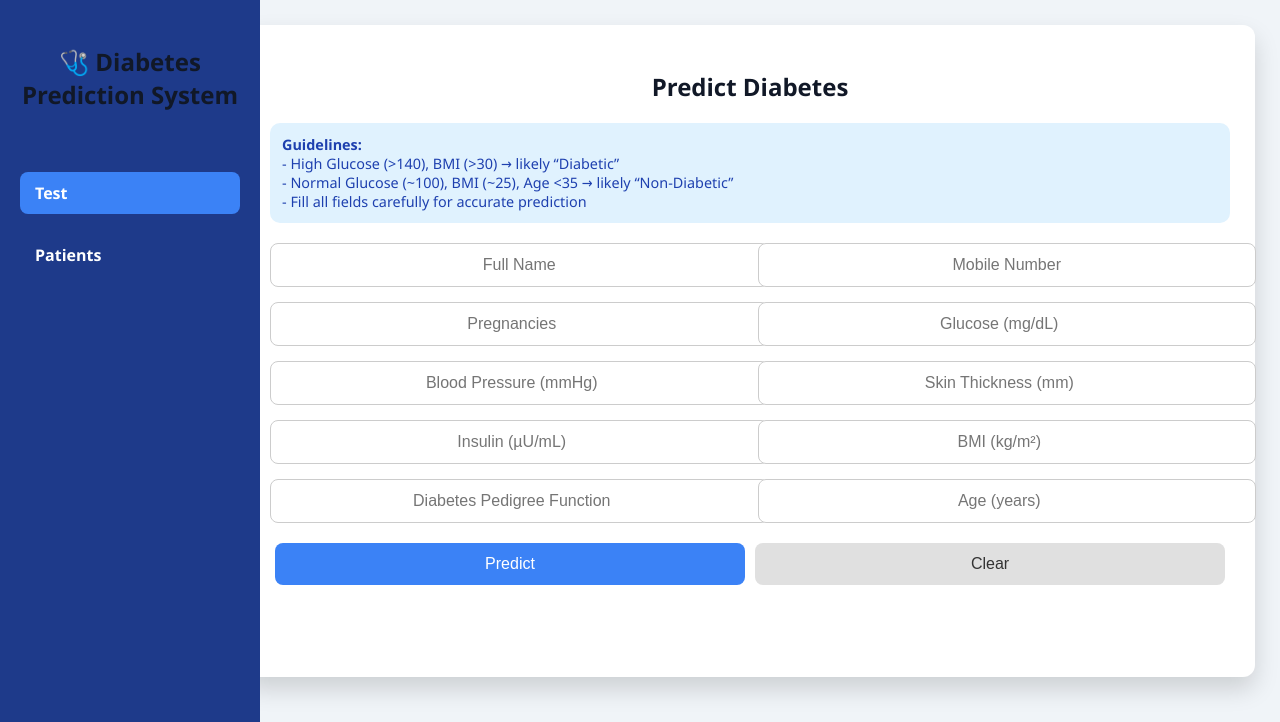
Repository: Aman14150/diabetes-prediction-system
Page: http://localhost/
An editor plug-in stored every save of this project. The page is shown before and after the next save, followed by the edit.
The browser window is 1280 px wide. The pictures show the whole page.
The page is served by the project's application, run on Flask 3 (app.py).

Above is the page before, as saved 2025-10-07 19:55:44.

### templates/index.html
<!DOCTYPE html>
<html lang="en">
<head>
    <meta charset="UTF-8">
    <title>Diabetes Prediction</title>
    <link rel="stylesheet" href="{{ url_for('static', filename='style.css') }}">
</head>
<body>
<div class="container">
    <aside class="sidebar">
        <h2>🩺 Diabetes Prediction System</h2>
        <ul>
            <li><a href="/" class="{% if not show_patients %}active{% endif %}">Test</a></li>
            <li><a href="/patients" class="{% if show_patients %}active{% endif %}">Patients</a></li>
        </ul>
    </aside>

    <main class="content">
        {% if not show_patients %}
        <!-- Test Form -->
        <div class="card">
            <h2>Predict Diabetes</h2>
            <div class="guidelines">
                <strong>Guidelines:</strong><br>
                - High Glucose (>140), BMI (>30) → likely “Diabetic”<br>
                - Normal Glucose (~100), BMI (~25), Age <35 → likely “Non-Diabetic”<br>
                - Fill all fields carefully for accurate prediction
            </div>

            <form id="diabetesForm" action="/predict" method="post">
                <input type="text" name="name" placeholder="Full Name" required>
                <input type="tel" name="mobile" placeholder="Mobile Number" required>
                <input type="number" name="Pregnancies" placeholder="Pregnancies" step="any" required>
                <input type="number" name="Glucose" placeholder="Glucose (mg/dL)" step="any" required>
                <input type="number" name="BloodPressure" placeholder="Blood Pressure (mmHg)" step="any" required>
                <input type="number" name="SkinThickness" placeholder="Skin Thickness (mm)" step="any" required>
                <input type="number" name="Insulin" placeholder="Insulin (µU/mL)" step="any" required>
                <input type="number" name="BMI" placeholder="BMI (kg/m²)" step="any" required>
                <input type="number" name="DiabetesPedigreeFunction" placeholder="Diabetes Pedigree Function" step="any" required>
                <input type="number" name="Age" placeholder="Age (years)" step="any" required>

                <div class="button-group">
                    <button type="submit" id="predictBtn">Predict</button>
                    <button type="button" id="clearBtn">Clear</button>
                </div>

                {% if prediction_text %}
                <div class="prediction">{{ prediction_text }}</div>
                {% else %}
                <div class="prediction">&nbsp;</div>
                {% endif %}
            </form>
        </div>
        {% else %}
        <!-- Patients Table -->
        <div class="card">
            <h2>Patients List</h2>
            <table>
                <thead>
                <tr>
                    {% for col in patient_columns %}
                        <th>{{ col|capitalize }}</th>
                    {% endfor %}
                    <th>Action</th>
                </tr>
                </thead>
                <tbody>
                {% for row in patient_data %}
                    <tr>
                        {% for item in row %}
                            <td>{{ item }}</td>
                        {% endfor %}
                        <td>
                            <form action="{{ url_for('delete_patient', patient_id=row[0]) }}" method="post">
                                <button type="submit" class="delete-btn">Delete</button>
                            </form>
                        </td>
                    </tr>
                {% endfor %}
                </tbody>
            </table>
        </div>
        {% endif %}
    </main>
</div>

<script>
    document.getElementById('clearBtn')?.addEventListener('click', function () {
        document.getElementById('diabetesForm')?.reset();
    });
</script>
</body>
</html>

### app.py
from flask import Flask, render_template, request, redirect, url_for
import joblib
import pandas as pd
import mysql.connector

app = Flask(__name__)

# MySQL Connection
db = mysql.connector.connect(
    host="127.0.0.1",
    port=3307,
    user="amanR",
    password="Mysql@150",
    database="diabetes_db"
)
cursor = db.cursor()
print("Database Connected successfully ✅")

# Load model & scaler
model = joblib.load("diabetes_model.pkl")
scaler = joblib.load("scaler.pkl")

@app.route('/')
def home():
    return render_template('index.html', prediction_text=None, show_patients=False)

@app.route('/predict', methods=['POST'])
def predict():
    try:
        # Personal info
        name = request.form['name']
        mobile = request.form['mobile']

        # Health data
        data = [float(request.form[key]) for key in [
            "Pregnancies","Glucose","BloodPressure","SkinThickness",
            "Insulin","BMI","DiabetesPedigreeFunction","Age"
        ]]
        input_df = pd.DataFrame([data], columns=[
            "Pregnancies","Glucose","BloodPressure","SkinThickness",
            "Insulin","BMI","DiabetesPedigreeFunction","Age"
        ])
        scaled_input = scaler.transform(input_df)
        prediction = model.predict(scaled_input)[0]
        result = "Diabetic" if prediction == 1 else "Non-Diabetic"

        # Save to MySQL
        sql = """INSERT INTO patients
                 (name, mobile, pregnancies, glucose, blood_pressure, skin_thickness, insulin, bmi, dpf, age, prediction)
                 VALUES (%s,%s,%s,%s,%s,%s,%s,%s,%s,%s,%s)"""
        cursor.execute(sql, (name, mobile, *data, result))
        db.commit()

        return render_template('index.html', prediction_text=f"Prediction: 🩺 {result}", show_patients=False)

    except Exception as e:
        return render_template('index.html', prediction_text=f"Error: {str(e)}", show_patients=False)

@app.route('/patients')
def patients():
    cursor.execute("SELECT * FROM patients")
    rows = cursor.fetchall()
    columns = [desc[0] for desc in cursor.description]
    return render_template('index.html', patient_data=rows, patient_columns=columns, show_patients=True)

@app.route('/delete/<int:patient_id>', methods=['POST'])
def delete_patient(patient_id):
    cursor.execute("DELETE FROM patients WHERE id=%s", (patient_id,))
    db.commit()
    return redirect(url_for('patients'))

if __name__ == '__main__':
    app.run(debug=True)

### static/style.css
body {
    font-family: 'Segoe UI', Tahoma, Geneva, Verdana, sans-serif;
    margin: 0;
    padding: 0;
    background: linear-gradient(135deg,#f0f4f8,#d9e2ec);
}

.container {
    display: flex;
    min-height: 100vh;
}

.sidebar {
    width: 220px;
    background: #1e3a8a;
    color: white;
    padding: 25px 20px;
    display: flex;
    flex-direction: column;
    position: fixed;
    top: 0;
    left: 0;
    height: 100vh;
    overflow-y: auto;
}


.sidebar h2 {
    text-align: center;
    margin-bottom: 25px;
    font-size: 1.5rem;
}

.sidebar ul {
    list-style: none;
    padding: 0;
    flex: 1;
}

.sidebar ul li {
    margin: 20px 0;
}

.sidebar ul li a {
    color: white;
    text-decoration: none;
    font-weight: bold;
    display: block;
    padding: 10px 15px;
    border-radius: 8px;
    transition: background 0.3s;
}

.sidebar ul li a.active, .sidebar ul li a:hover {
    background: #3b82f6;
}

.content {
     flex: 1;
    margin-left: 220px;
    padding: 25px;
    background: #f0f4f8;
}

.card {
    background: white;
    padding: 25px;
    border-radius: 12px;
    box-shadow: 0 12px 25px rgba(0,0,0,0.15);
    margin-bottom: 20px;
}

h2 {
    text-align: center;
    color: #111827;
}

.guidelines {
    background-color: #e0f2fe;
    color: #1e40af;
    padding: 12px;
    border-radius: 10px;
    margin-bottom: 20px;
    font-size: 0.9rem;
    text-align: left;
}

form {
    display: grid;
    grid-template-columns: 1fr 1fr;
    gap: 15px;
}

input {
    width: 100%;
    padding: 12px;
    border-radius: 8px;
    border: 1px solid #ccc;
    font-size: 1rem;
    text-align: center;
}

input:focus {
    outline: none;
    border-color: #3b82f6;
    box-shadow: 0 0 5px rgba(59,130,246,0.5);
}

.button-group {
    grid-column: span 2;
    display: flex;
    justify-content: space-between;
}

button {
    padding: 12px;
    font-size: 1rem;
    border-radius: 8px;
    border: none;
    cursor: pointer;
    flex: 1;
    margin: 5px;
    transition: background-color 0.3s ease;
}

#predictBtn {
    background-color: #3b82f6;
    color: white;
}

#predictBtn:hover {
    background-color: #1e40af;
}

#clearBtn {
    background-color: #e0e0e0;
    color: #333;
}

#clearBtn:hover {
    background-color: #bdbdbd;
}

.prediction {
    grid-column: span 2;
    text-align: center;
    margin-top: 20px;
    font-size: 1.2rem;
    font-weight: bold;
    color: #3b82f6;
}

table {
    width: 100%;
    border-collapse: collapse;
}

table, th, td {
    border: 1px solid #ccc;
}

th, td {
    padding: 12px;
    text-align: center;
}

th {
    background: #3b82f6;
    color: white;
}

.delete-btn {
    background: #ef4444;
    color: white;
    padding: 6px 12px;
    border-radius: 6px;
    border: none;
    cursor: pointer;
    transition: 0.3s;
}

.delete-btn:hover {
    background: #b91c1c;
}

After the next save:
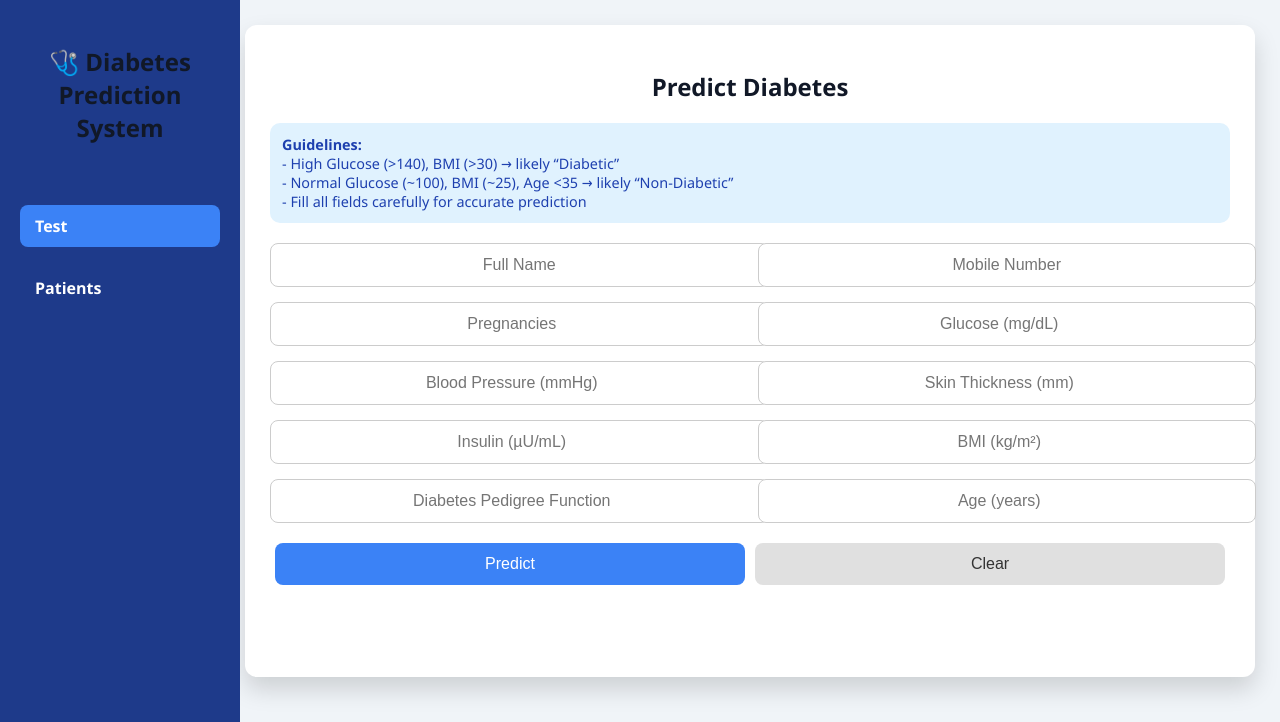
Saved 14 s later.
--- a/static/style.css
+++ b/static/style.css
@@ -11,7 +11,7 @@ body {
 }
 
 .sidebar {
-    width: 220px;
+    width: 200px;
     background: #1e3a8a;
     color: white;
     padding: 25px 20px;
